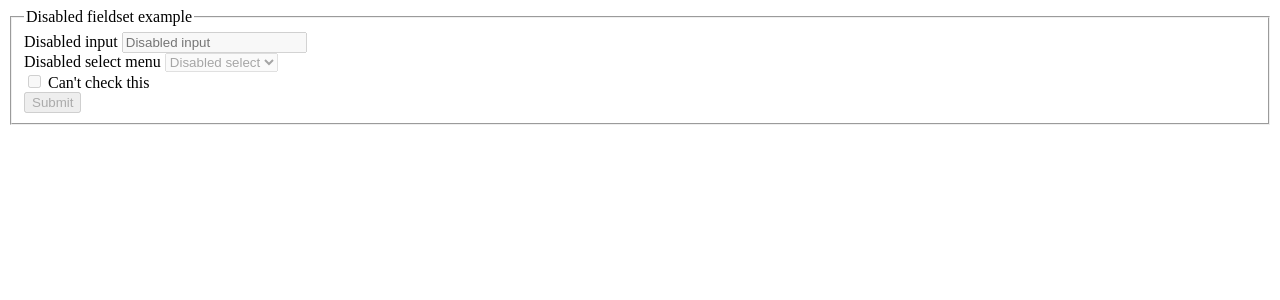
Repository: acciojob/bootstrap-form-easy-vandanayadav15
Page: main.html
These files come from the project's save history. The page is drawn as it stood at one moment and after the next save; the edit follows.
The browser window is 1280 px wide. The pictures show the whole page.

Above is the page before, as saved 2022-10-20 23:12:35.

### main.html
<!DOCTYPE html>

<html>

<head>
	<link rel="stylesheet" href="styles.css">
</head>

<body>
	<!-- the entire body must be written by student -->
<form>
	<fieldset disabled>
		<legend>Disabled fieldset example</legend>
		<div class="mb-3">
			<label for="disabledTextInput" class="form-label">Disabled input</label>
			<input type="text" id="disabledTextInput" class="form-control" placeholder="Disabled input">
		</div>
		<div class="mb-3">
			<label for="disabledSelect" class="form-label">Disabled select menu</label>
			<select id="disabledSelect" class="form-select">
				<option>Disabled select</option>
			</select>
		</div>
		<div class="mb-3">
			<div class="form-check">
				<input class="form-check-input" type="checkbox" id="disabledFieldsetCheck" disabled>
				<label class="form-check-label" for="disabledFieldsetCheck">
					Can't check this
				</label>
			</div>
		</div>
		<button type="submit" class="btn btn-primary">Submit</button>
	</fieldset>
</form>
    <script type="text/javascript" src="./script.js">
</script>

</body>

</html>

### styles.css

/* Your CSS Code here. */

Loaded but not shown: script.js (common file)

After the next save:
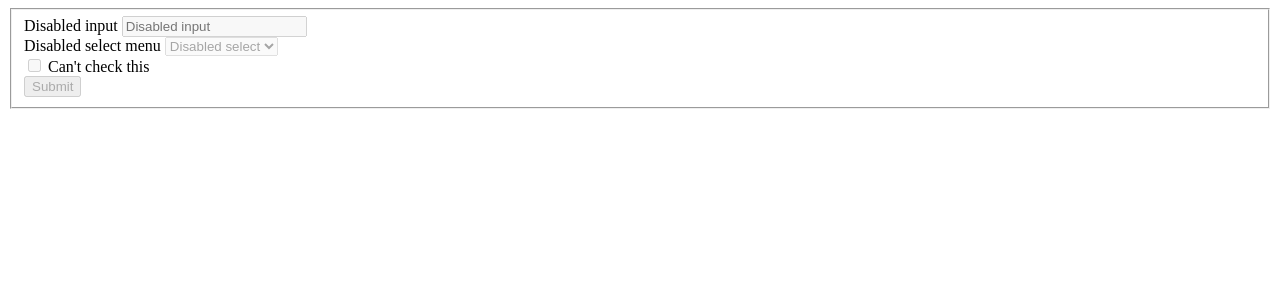
Saved 39 s later.
--- a/main.html
+++ b/main.html
@@ -10,7 +10,7 @@
 	<!-- the entire body must be written by student -->
 <form>
 	<fieldset disabled>
-		<legend>Disabled fieldset example</legend>
+		<!-- <legend>Disabled fieldset example</legend> -->
 		<div class="mb-3">
 			<label for="disabledTextInput" class="form-label">Disabled input</label>
 			<input type="text" id="disabledTextInput" class="form-control" placeholder="Disabled input">
